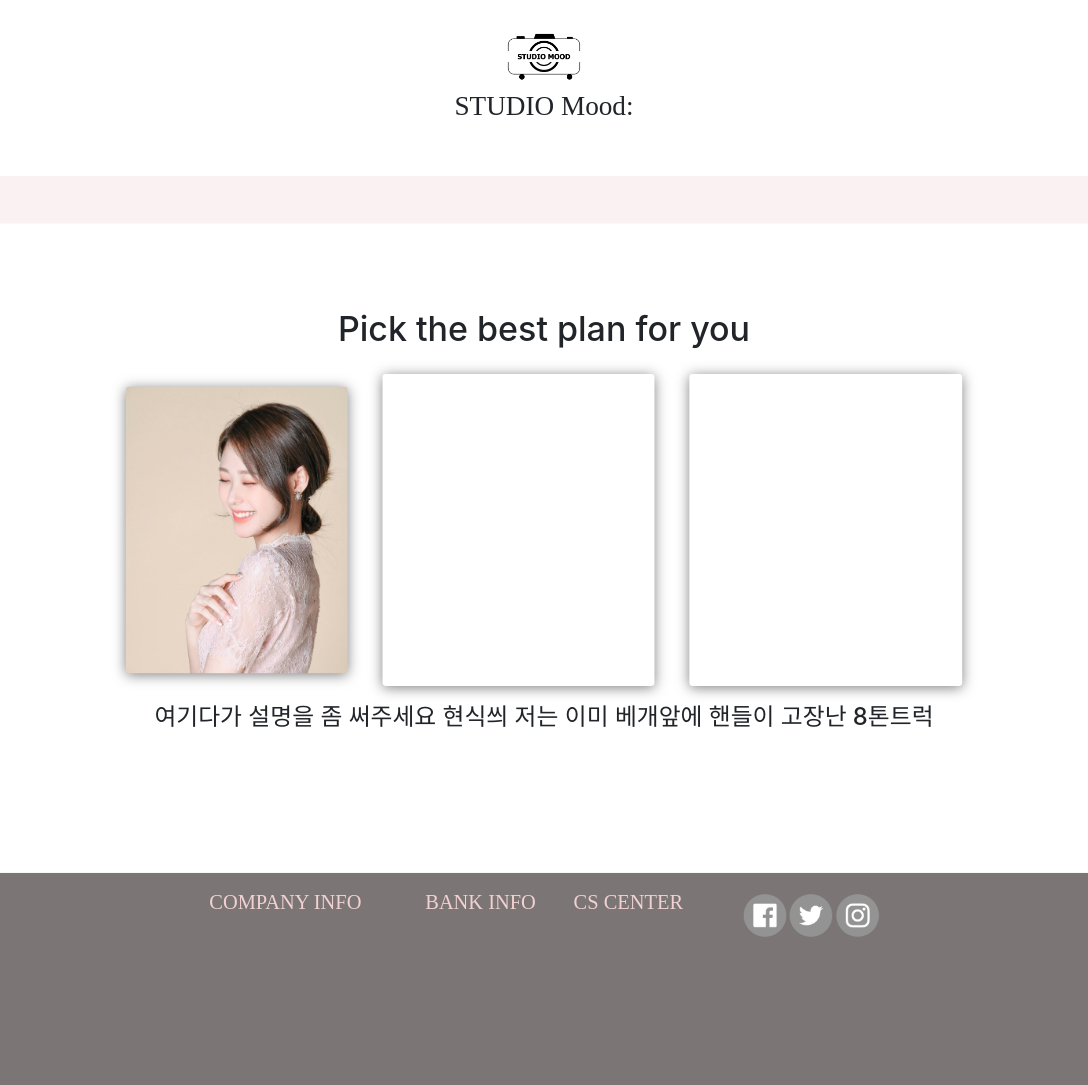
Repository: seugju/HSDsemi
Page: http://localhost/studioMood/views/product/product.jsp
The author's editor kept a copy of each file at every save. The page is drawn from the files as they stood at one save, then again after the next save.
The browser window is 1280 px wide. The pictures show the whole page, at 85% of full size.
Some web fonts or font styles are not loaded; a fallback is used. The page is served by Tomcat 9.

Above is the page before, as saved 2020-12-02 16:06:14.

After the next save:
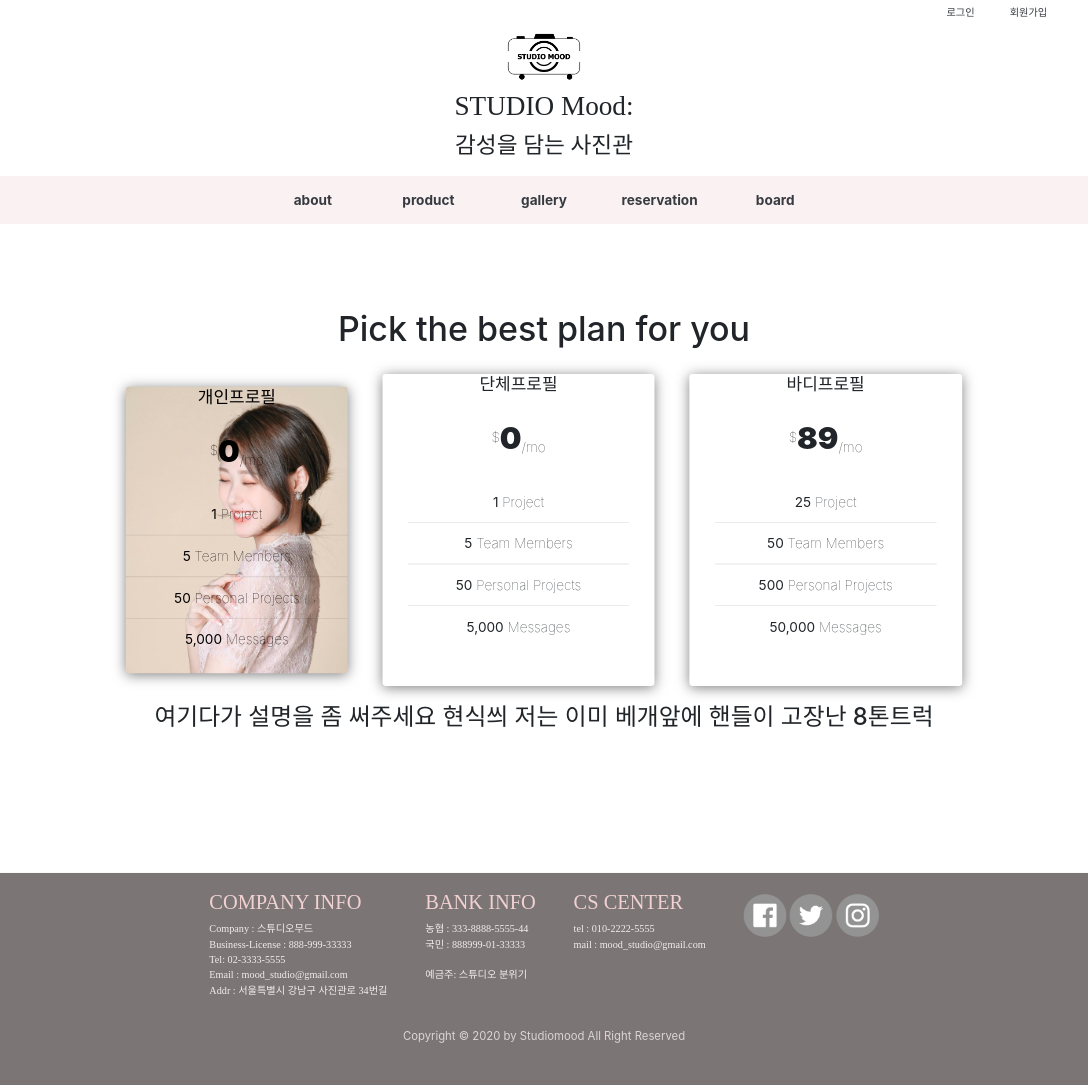
Saved 16 s later.
--- a/project-workspace/studioMood/WebContent/views/product/product.jsp
+++ b/project-workspace/studioMood/WebContent/views/product/product.jsp
@@ -136,9 +136,7 @@
   transition: all 0.4s ease-in-out;
 
 }
-.pricing-box h5,p,ul{
-	opacity:0;
-}
+
 
 .pricing-box:hover li{
 	opacity:0;

After the save that followed:
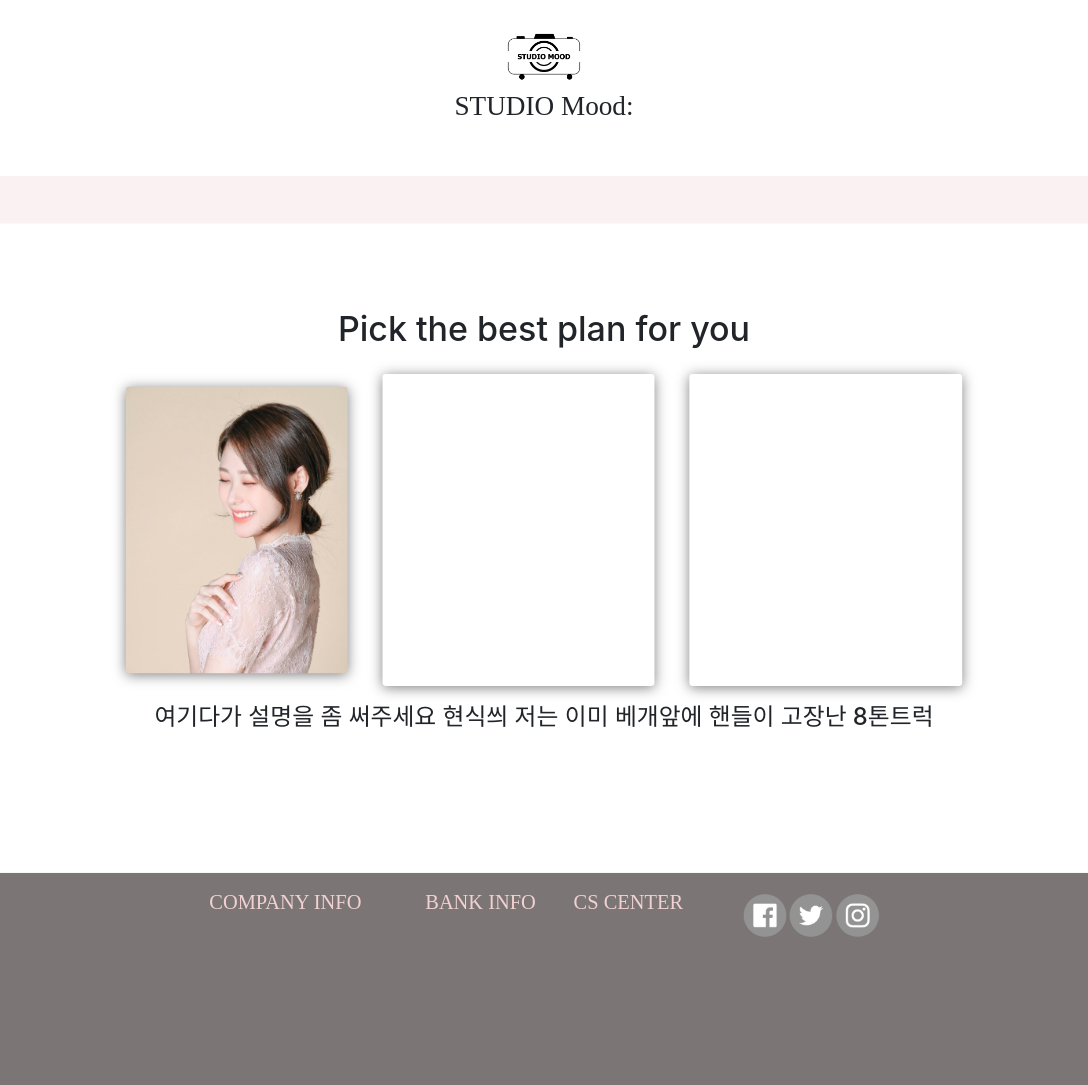
Saved 15 s later.
--- a/project-workspace/studioMood/WebContent/views/product/product.jsp
+++ b/project-workspace/studioMood/WebContent/views/product/product.jsp
@@ -136,11 +136,11 @@
   transition: all 0.4s ease-in-out;
 
 }
-
-
-.pricing-box:hover li{
+.pricing-box h5,p,ul{
 	opacity:0;
 }
+
+
 #indiv{
 padding:0px;
 background-image: url('/img/indivisual.jpg');
